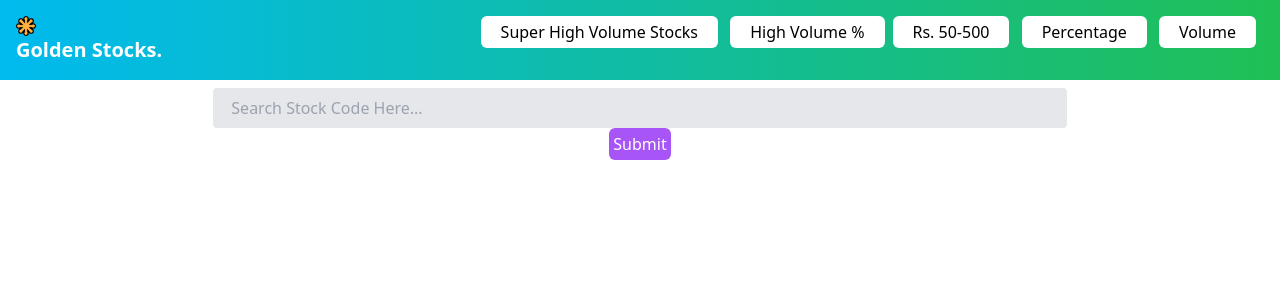
Repository: Raghunadh9/react_bse_api_v2
Page: /superhighvolumestocks
An editor plug-in stored every save of this project. The page is shown before and after the next save, followed by the edit.
The browser window is 1280 px wide. The pictures show the whole page.
The project was rebuilt for these pictures with package versions that can differ from the ones it lists, and the page was loaded fresh each time. Also part of the build but not shown: vite.config.js, src/component/GetDetailsComponent.jsx, src/component/HighPercentWithVolume.jsx, src/component/Volume.jsx, src/component/Fiftyto500.jsx, src/component/Home.jsx, src/component/convertToNumer.jsx, src/component/Merit.jsx.

Above is the page before, as saved 2023-07-09 10:54:57.

After the next save:
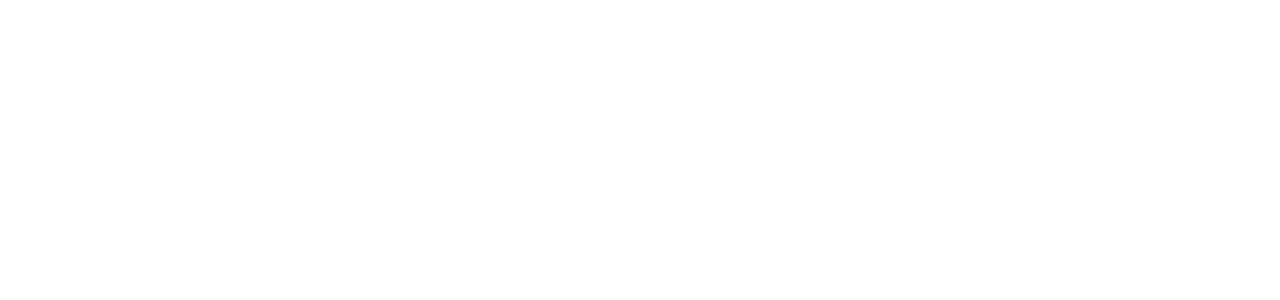
Console error: TypeError: e.preventDefault is not a function
Saved 95 s later.
--- a/src/component/superHighVolume.jsx
+++ b/src/component/superHighVolume.jsx
@@ -15,9 +15,12 @@
             id="inline-full-name"
             type="text"
             placeholder="Search Stock Code Here..."
-            onChange={(e) => changeHandler(e)}
+            onChange={(e) => setSetsearchStock(e)}
           />
-          <button className="bg-purple-500 p-1 rounded-md text-white">
+          <button
+            className="bg-purple-500 p-1 rounded-md text-white"
+            onClick={changeHandler(setsearchStock)}
+          >
             Submit
           </button>
         </div>

After the save that followed:
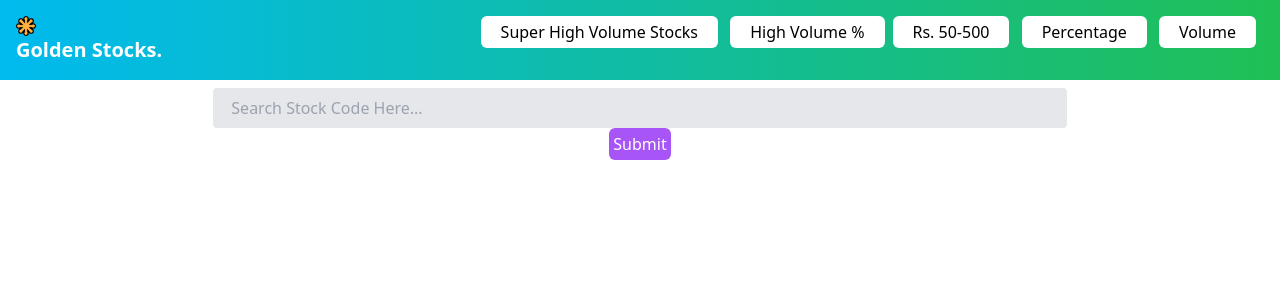
The error is gone.
Saved 2 min 51 s later.
--- a/src/component/superHighVolume.jsx
+++ b/src/component/superHighVolume.jsx
@@ -1,28 +1,30 @@
 import React, { useState } from "react";
 
 const superHighVolume = () => {
-  const [setsearchStock, setSetsearchStock] = useState("");
-  const changeHandler = (e) => {
+  const [searchStockName, SetsearchStockName] = useState("");
+  const submitHandler = (e) => {
     e.preventDefault();
-    console.log(e.target.value);
+    SetsearchStockName(e.target.value);
   };
   return (
     <div>
       <center>
         <div class="md:w-2/3">
-          <input
-            class="mt-2 bg-gray-200 appearance-none border-2 border-gray-200 rounded w-full py-2 px-4 text-gray-700 leading-tight focus:outline-none focus:bg-white focus:border-purple-500"
-            id="inline-full-name"
-            type="text"
-            placeholder="Search Stock Code Here..."
-            onChange={(e) => setSetsearchStock(e)}
-          />
-          <button
-            className="bg-purple-500 p-1 rounded-md text-white"
-            onClick={changeHandler(setsearchStock)}
-          >
-            Submit
-          </button>
+          <form onSubmit={submitHandler}>
+            <input
+              className="mt-2 bg-gray-200 appearance-none border-2 border-gray-200 rounded w-full py-2 px-4 text-gray-700 leading-tight focus:outline-none focus:bg-white focus:border-purple-500"
+              type="text"
+              placeholder="Search Stock Code Here..."
+              value={searchStockName}
+              onChange={(e) => submitHandler(e)}
+            />
+            <button
+              className="bg-purple-500 p-1 rounded-md text-white"
+              type="submit"
+            >
+              Submit
+            </button>
+          </form>
         </div>
       </center>
     </div>
